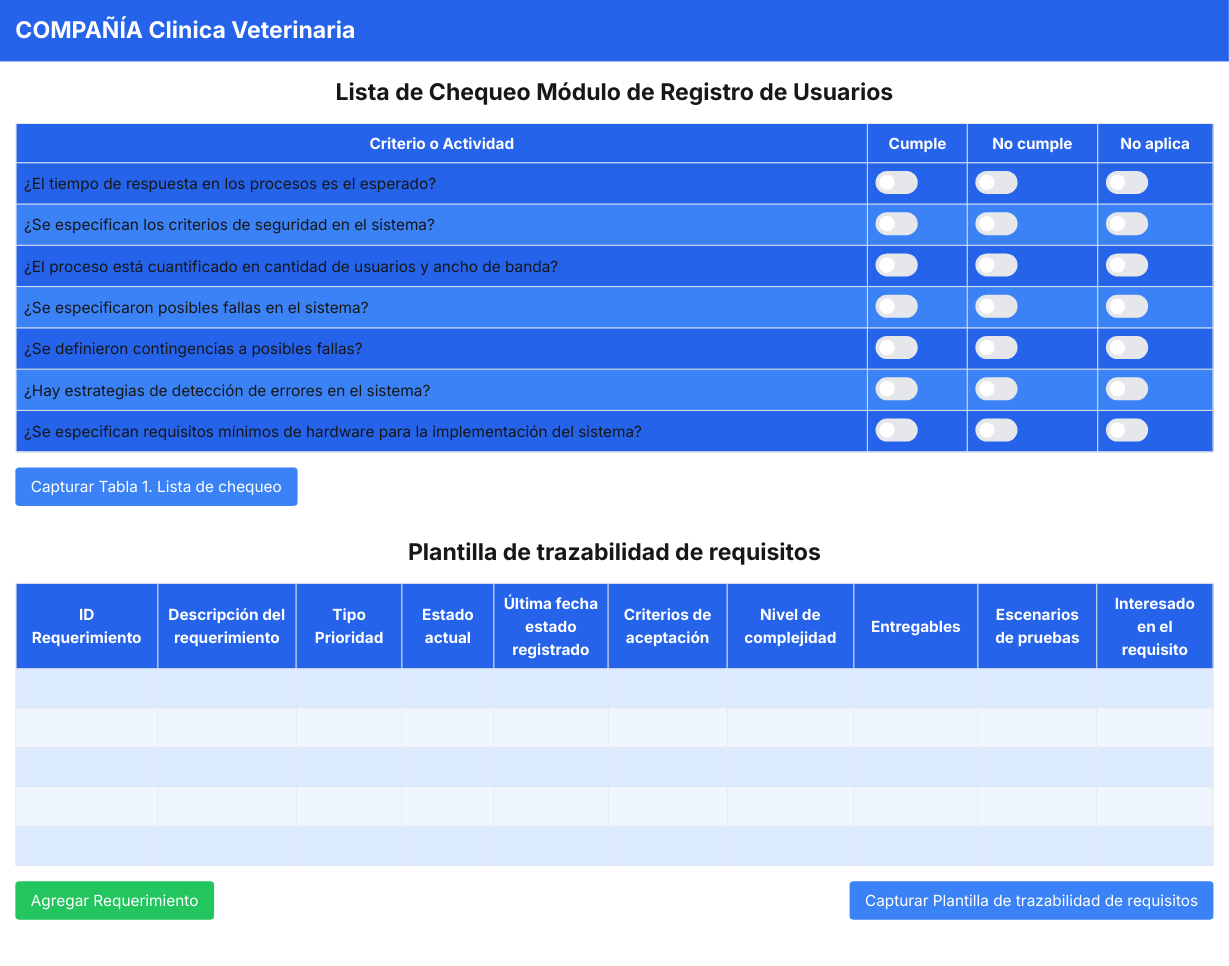
Repository: CiroAlfa/lista-de-Chequeo
Page: /
The author's editor kept a copy of each file at every save. The page is drawn from the files as they stood at one save, then again after the next save.
The browser window is 1280 px wide. The pictures show the whole page, at 96% of full size.
The project was rebuilt for these pictures with package versions that can differ from the ones it lists, and the page was loaded fresh each time. The framework's server and built-in components were replaced by stand-ins that run in the browser. Also part of the build but not shown: next.config.mjs.

Above is the page before, as saved 2024-09-27 13:07:36.

After the next save:
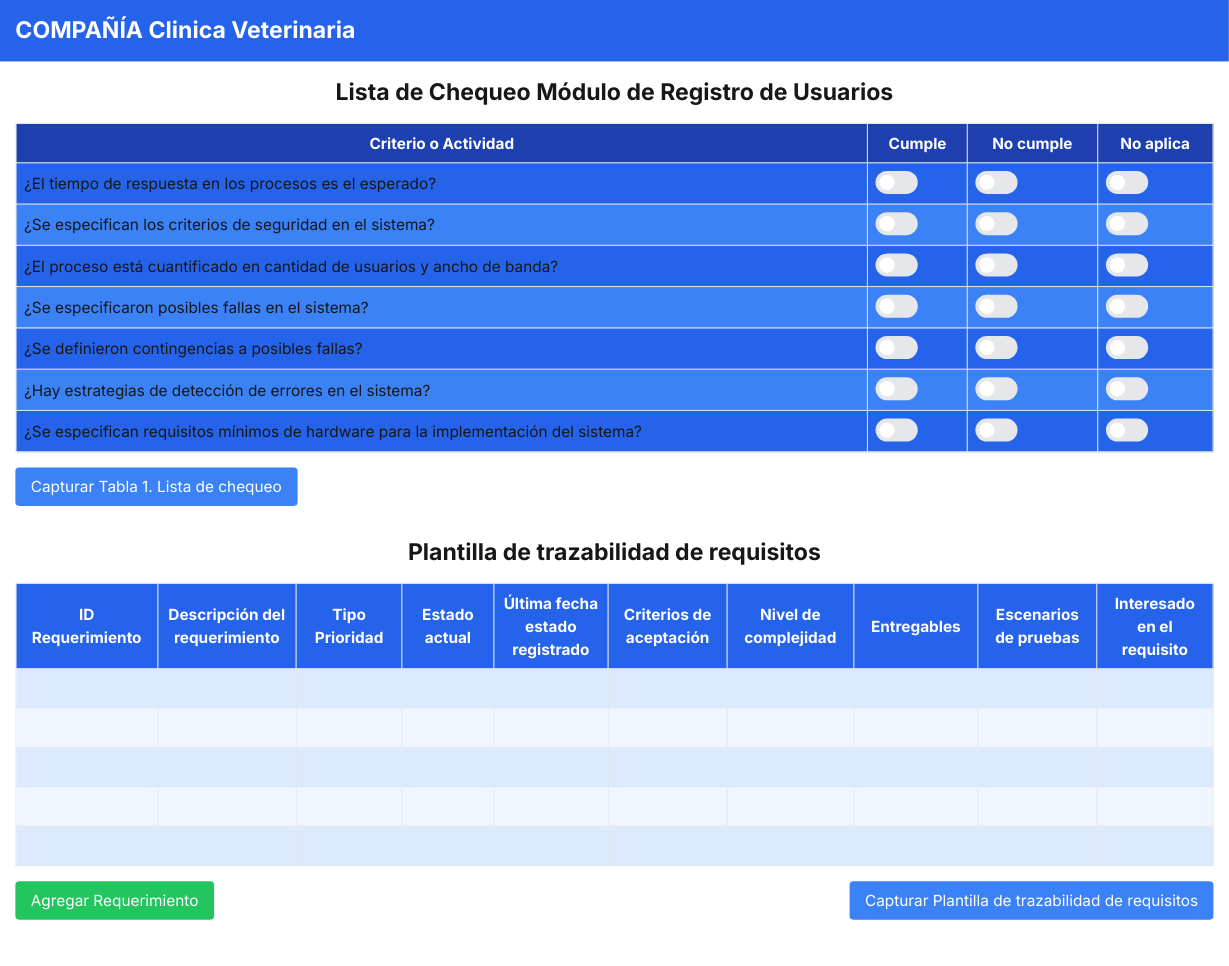
Saved 18 s later.
--- a/src/app/page.tsx
+++ b/src/app/page.tsx
@@ -107,7 +107,7 @@ export default function Home() {
         <h2 className="text-2xl font-bold mb-4 text-center">Lista de Chequeo Módulo de Registro de Usuarios</h2>
         <table className="w-full border-collapse">
           <thead>
-            <tr className="bg-blue-600 text-white">
+            <tr className="bg-blue-800 text-white">
               <th className="border p-2">Criterio o Actividad</th>
               <th className="border p-2">Cumple</th>
               <th className="border p-2">No cumple</th>
